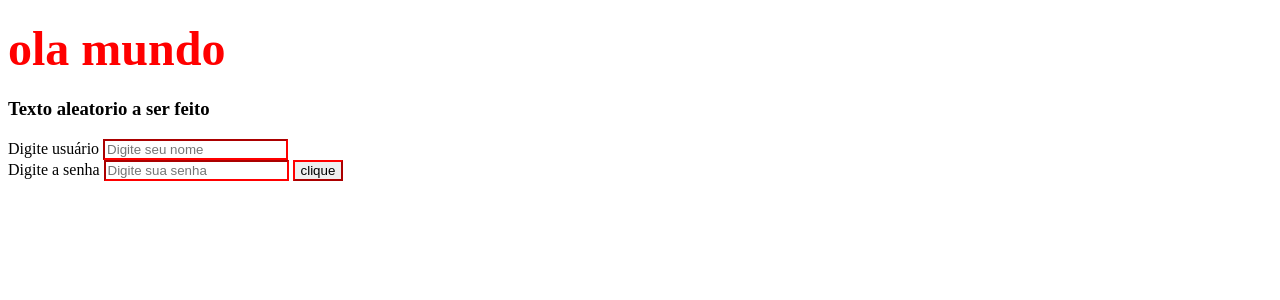
Repository: waanvieira/f21-jdbc-f21-jdbc-exer
Page: curso_java_web1/src/main/webapp/index.html
An editor plug-in stored every save of this project. The page is shown before and after the next save, followed by the edit.
The browser window is 1280 px wide. The pictures show the whole page.

Above is the page before, as saved 2019-02-18 04:21:50.

### curso_java_web1/src/main/webapp/index.html
<!DOCTYPE html>
<html>
<head>
<meta charset="ISO-8859-1">
<style type="text/css">
input {
	border-color: red;
	border-bottom-radius: 10px;
}
</style>
<script type="text/javascript">
function mundo(){
	if(document.getElementById("variavel").value == ""){
		alert("Digite um nome");
		return false;
	}
	else alert("Foi");
}

</script>
<title>Welcome to curso</title>
</head>
<body>
<h1><font color="red" size="39px">ola mundo</font></h1>
<h3>Texto aleatorio a ser feito</h3>
<form id=form1 method="get" action="html2.html">
<label>Digite usuário</label>
<input type="text" name=variavel id=variavel placeholder="Digite seu nome">
<br><label>Digite a senha</label>
<input type="password" name=senha id=senha placeholder="Digite sua senha">

<input type="submit" onclick="mundo();" value=clique aqui>
</form>
</body>
</html>

After the next save:
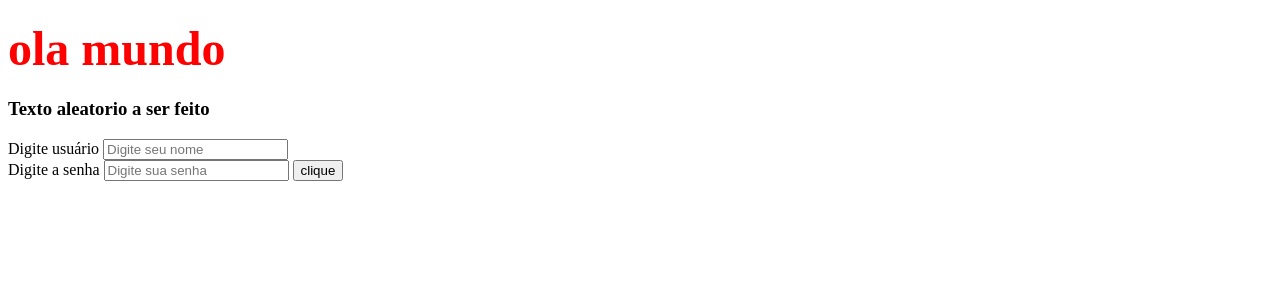
Saved 2 min 43 s later.
--- a/curso_java_web1/src/main/webapp/index.html
+++ b/curso_java_web1/src/main/webapp/index.html
@@ -3,7 +3,7 @@
 <head>
 <meta charset="ISO-8859-1">
 <style type="text/css">
-input {
+h1 {
 	border-color: red;
 	border-bottom-radius: 10px;
 }
